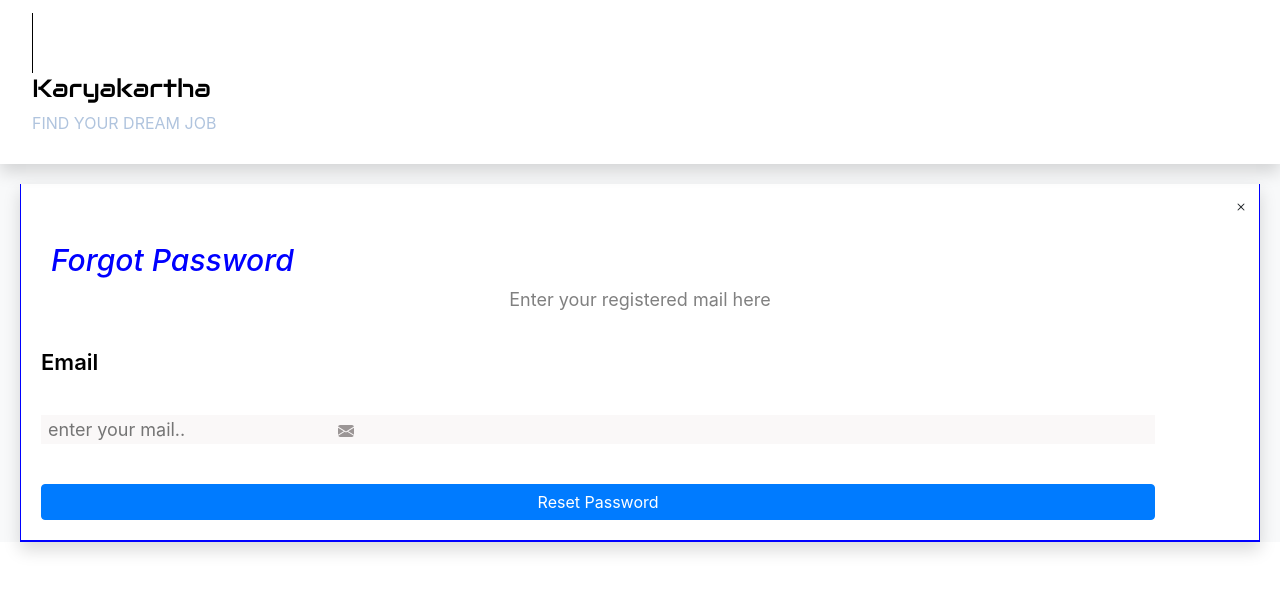
Repository: siri548/Karyakartha
Page: forgotPage.html
An editor plug-in stored every save of this project. The page is shown before and after a run of saves, followed by the edit.
The browser window is 1280 px wide. The pictures show the whole page.

Above is the page before, as saved 2023-11-04 18:51:15.
Console error (its wording comes from the project's code and is left out).

After the next 2 saves:
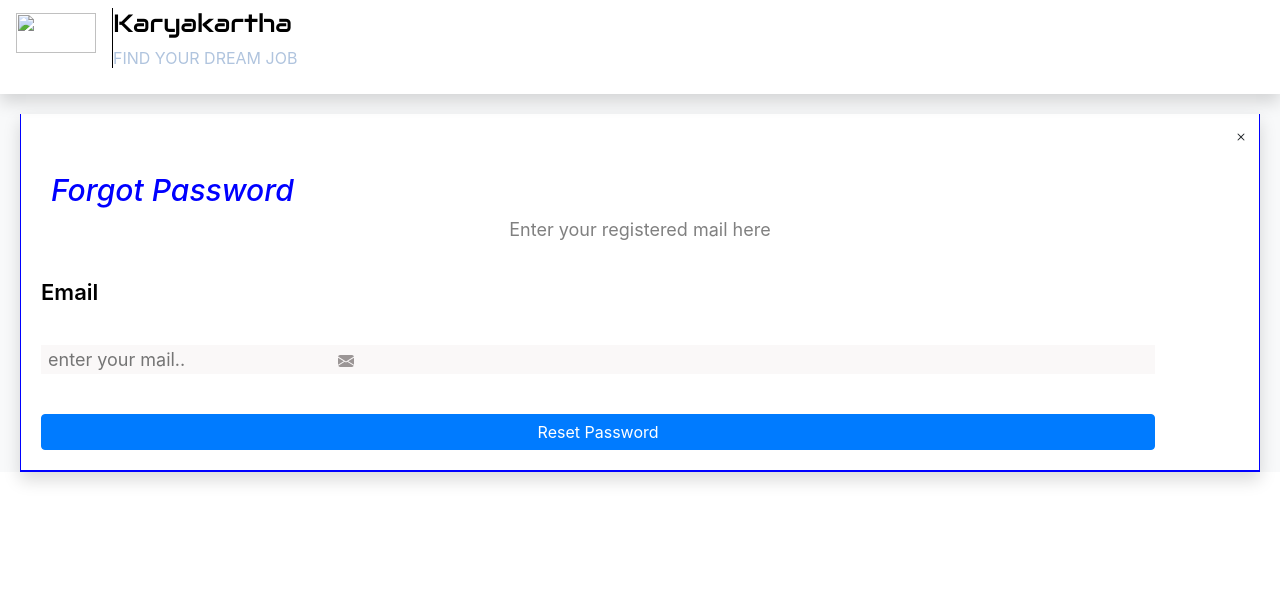
The 2 saves are shown as one change because they came seconds apart.
The last was saved 5 s later.
--- a/forgotPage.html
+++ b/forgotPage.html
@@ -22,7 +22,7 @@
             <div class="d-flex flex-row justify-content-between">
                 <div>
                     <a class=" navbar-brand " href="# ">
-                    <img src=""D:\icons\IMG-20231101-WA0001.jpg" class=""
+                    <img src=""D:\icons\IMG-20231101-WA0001.jpg" class="logo">
 
 
                     </a>
